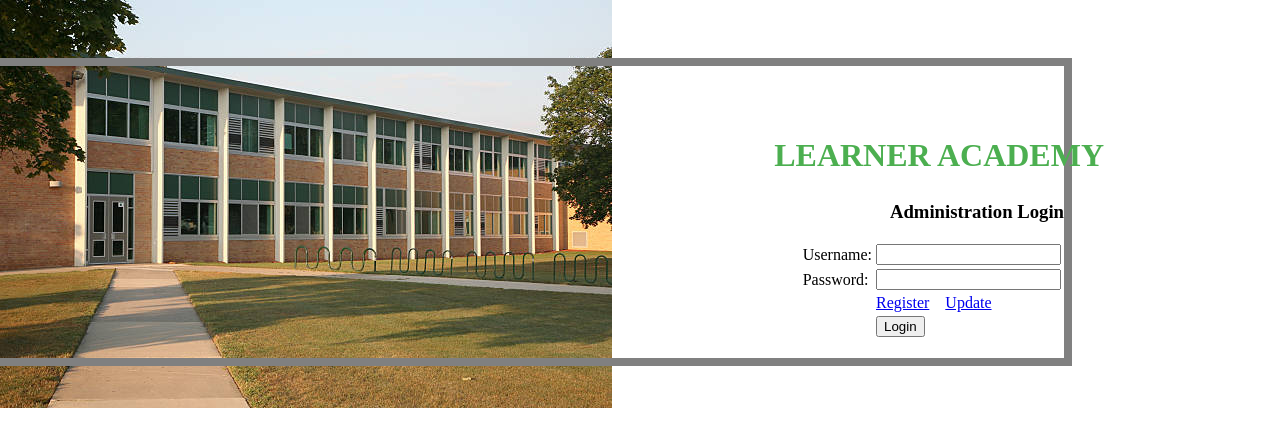
Repository: priyankagit8692/Phase_2_SimpliLearn-
Page: http://localhost/LearnerAcademyProject/AdminLogin.jsp
These files come from the project's save history. The page is drawn as it stood at one moment and after the next save; the edit follows.
The browser window is 1280 px wide. The pictures show the whole page.
The page is served by Tomcat 9. Other server files are loaded and not shown.

Above is the page before, as saved 2021-03-20 15:12:36.

### FinalProjectPhase2/LearnerAcademyProject/WebContent/AdminLogin.jsp
<%@ page language="java" contentType="text/html; charset=ISO-8859-1"
    pageEncoding="ISO-8859-1"%>
<!DOCTYPE html>
<html>
<head>
<meta charset="ISO-8859-1">
<title>Insert title here</title>
</head>
<style>
body {
  background-image: url("images/academy.jpg");
  background-repeat: no-repeat;
  max-width: 300%;
  height: auto;
}
div {
  border: 8px solid gray;
  transform: translate(-200px,50px);
}
h1{
  transform: translate(40px,50px);
  color: #4CAF50;
}
</style>
<body>
  <div align='right'>
  <h1>LEARNER  ACADEMY</h1> <br><br>
  <h3>Administration Login</h3>
  <form action="adminLogin" method="post" cellpadding="5" cellspacing="5">
    <table>
        <tr>
            <td>Username:</td>
            <td><input type="text" name="uname"></td>
        </tr>
        <tr>
            <td>Password:</td>
            <td><input type="password" name="password"></td>
        </tr>
        <tr>
            <td></td>
            <td><a href="AdminRegistration.jsp">Register</a>&nbsp&nbsp&nbsp&nbsp<a href="AdminUpdate.jsp">Update</a></td>
        </tr>
        <tr>
            <td></td>
            <td>
                <button type="submit">Login</button>
            </td>
        </tr>
    </table>
    <br>
    <c:if test="${not empty msg}">
        <c:out value="${msg}"/>
    </c:if>


</form>
  </div>
</body>
</html>

After the next save:
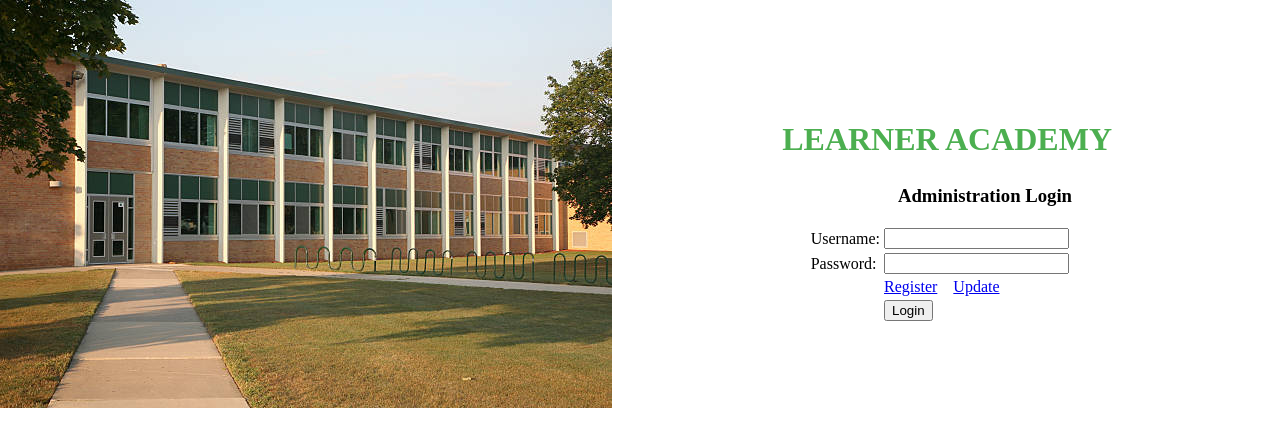
Saved 15 s later.
--- a/FinalProjectPhase2/LearnerAcademyProject/WebContent/AdminLogin.jsp
+++ b/FinalProjectPhase2/LearnerAcademyProject/WebContent/AdminLogin.jsp
@@ -10,11 +10,8 @@
 body {
   background-image: url("images/academy.jpg");
   background-repeat: no-repeat;
-  max-width: 300%;
-  height: auto;
 }
 div {
-  border: 8px solid gray;
   transform: translate(-200px,50px);
 }
 h1{
